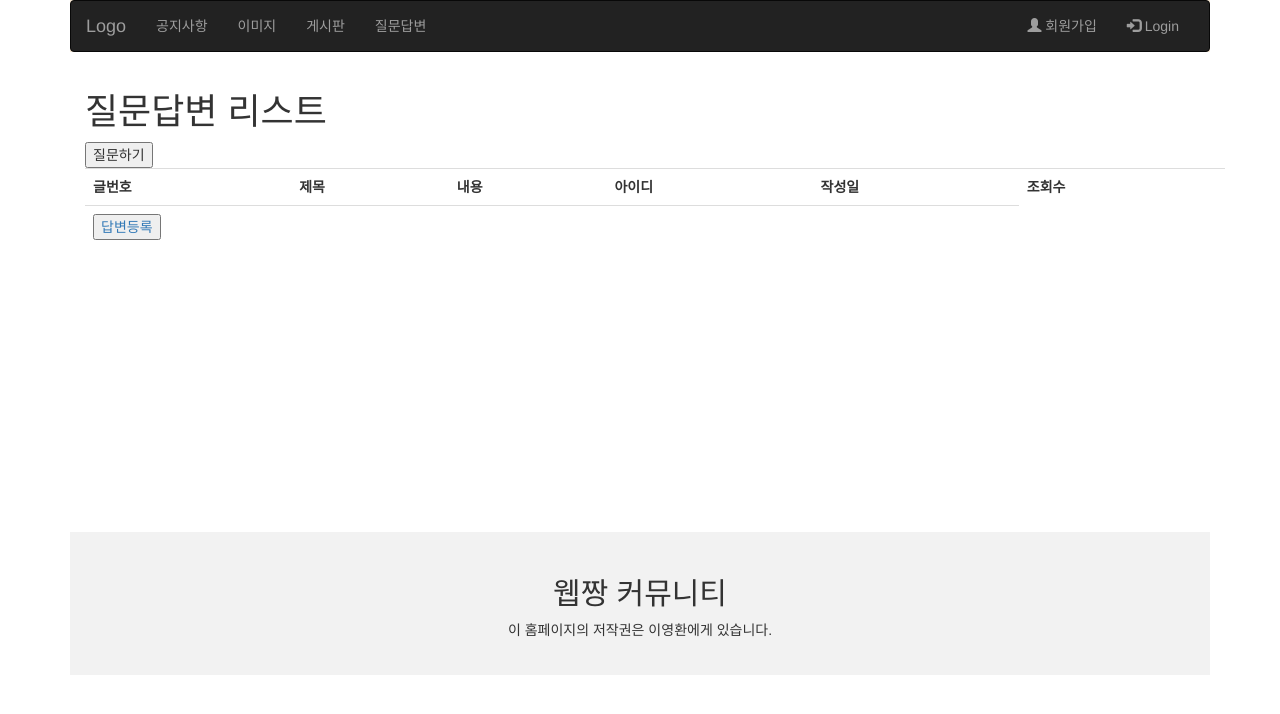
Repository: xo461/test
Page: http://localhost/webjjangcom_ver2/qna/list.jsp
These files come from the project's save history. The page is drawn as it stood at one moment and after the next save; the edit follows.
The browser window is 1280 px wide. The pictures show the whole page.
Some web libraries are served in a nearby version. The page is served by Tomcat 9. Queries for data that is not in the repository find no rows.

Above is the page before, as saved 2019-11-14 08:40:42.

After the next save:
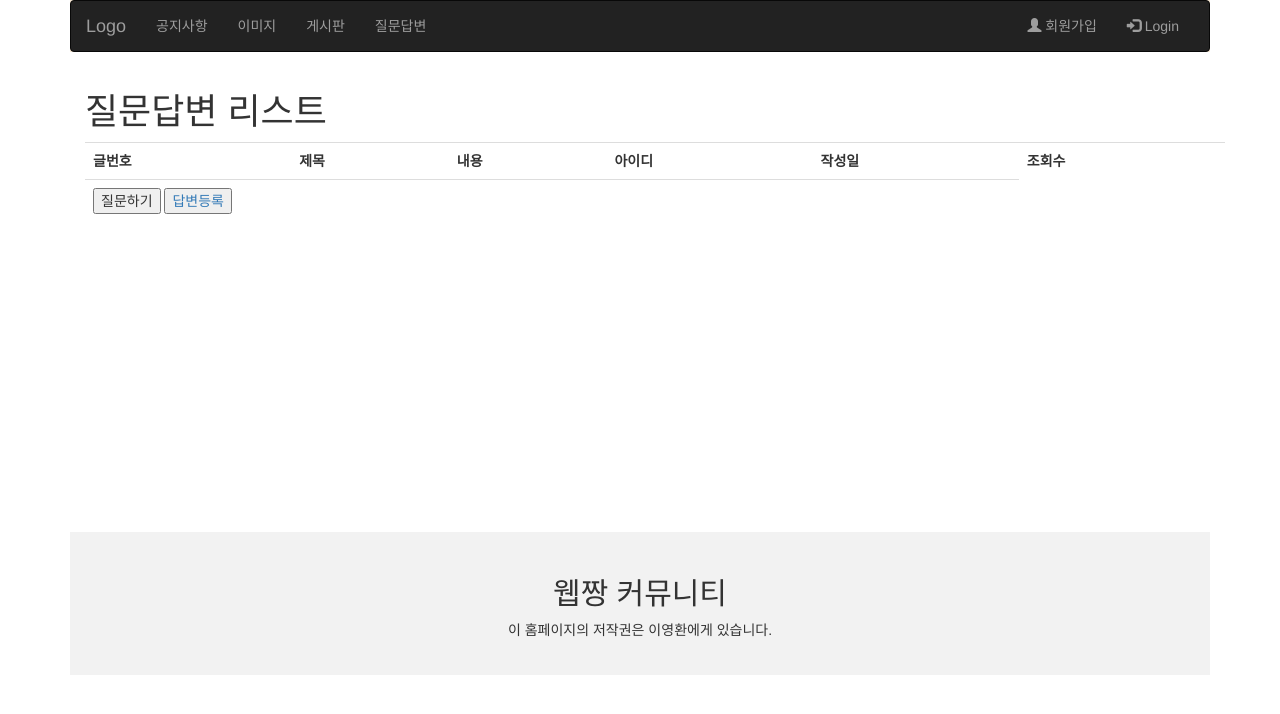
Saved 110 s later.
--- a/web/webjjangcom_ver2/WebContent/qna/list.jsp
+++ b/web/webjjangcom_ver2/WebContent/qna/list.jsp
@@ -59,9 +59,10 @@
 
 			<!--  글쓰기 버튼  -->
 			<tr>
-				<button onclick="location='writeForm.jsp'">질문하기</button>
 
-				<td colspan="5"><a href="writeForm.jsp"><button>답변등록</button></a>
+				<td colspan="5">
+					<button onclick="location='writeForm.jsp'">질문하기</button>
+					<a href="writeForm.jsp"><button>답변등록</button></a>
 				</td>
 			</tr>
 		</table>
